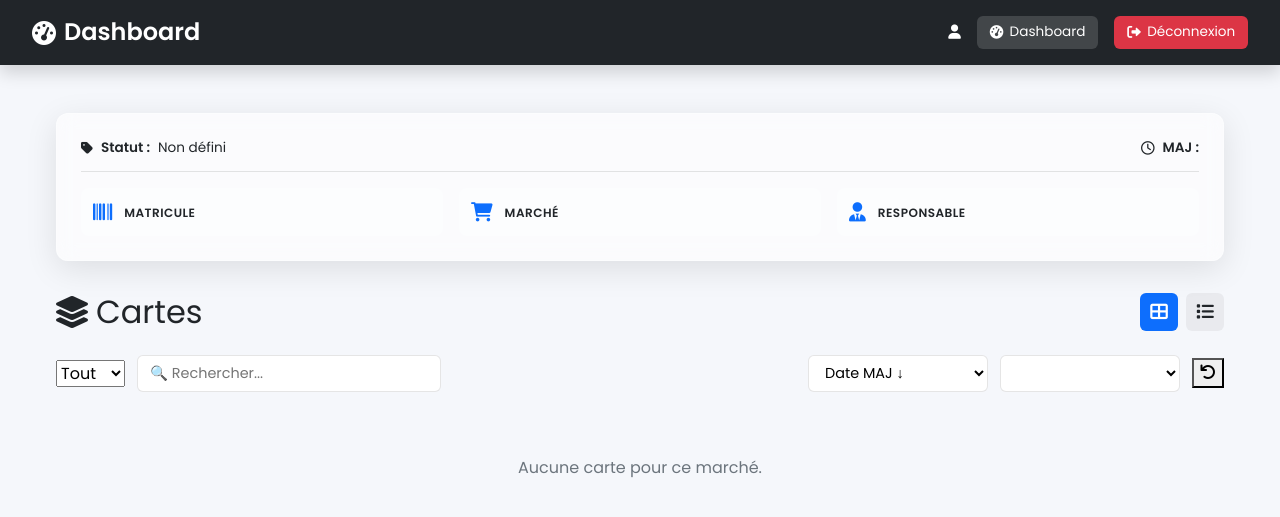
Repository: Andriatiana669/Retour_XP
Page: marches/templates/marches/description.html
These files come from the project's save history. The page is drawn as it stood at one moment and after the next save; the edit follows.
The browser window is 1280 px wide. The pictures show the whole page.
The page is served by the project's application, run on Django 5.2 (manage.py). The template is opened directly, without the code that normally fills it, so the values that code supplies are empty.

Above is the page before, as saved 2026-01-08 14:56:39.

After the next save:
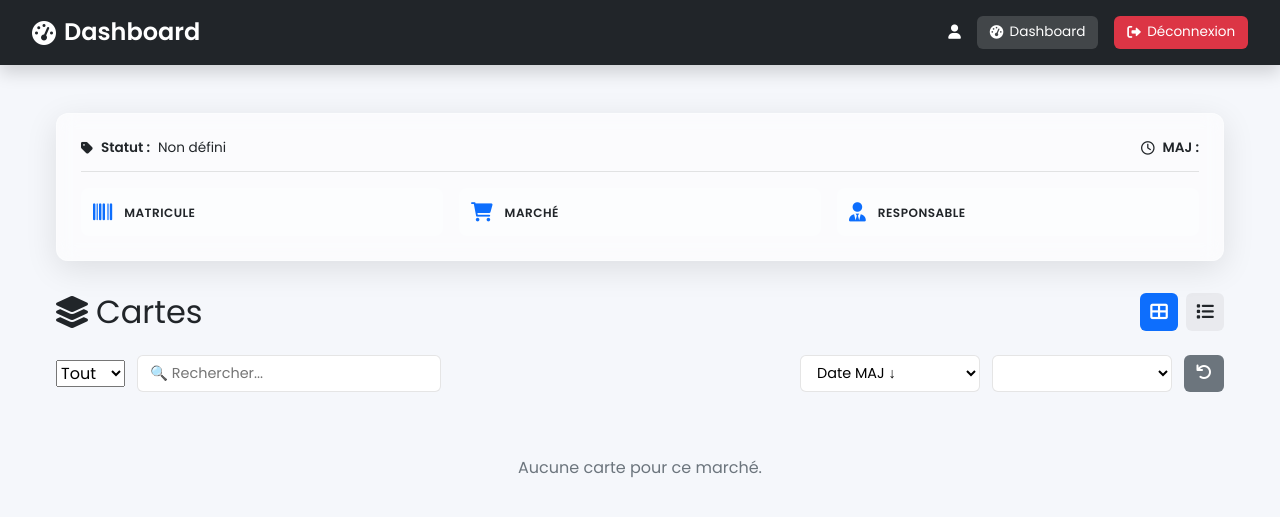
Saved 29 s later.
--- a/marches/static/marches/css/description.css
+++ b/marches/static/marches/css/description.css
@@ -330,6 +330,28 @@ body {
 .cartes-container.compact .carte-inner .carte-compact { display: grid; }
 .cartes-container.compact .carte-inner .carte-normal  { display: none; }
 
+/* bouton reset */
+.btn-reset {
+  background: #6c757d;
+  color: #fff;
+  border: none;
+  padding: 0.4rem 0.75rem;
+  border-radius: 0.375rem;
+  cursor: pointer;
+  transition: background 0.2s;
+}
+.btn-reset:hover {
+  background: #5a6268;
+}
+
+/* éviter le saut de ligne sur petits écrans */
+.cartes-tools {
+  display: flex;
+  justify-content: space-between;
+  align-items: center;
+  flex-wrap: wrap;
+  gap: 1rem;
+}
 
 @media (max-width: 768px) {
   .info-items-container {
